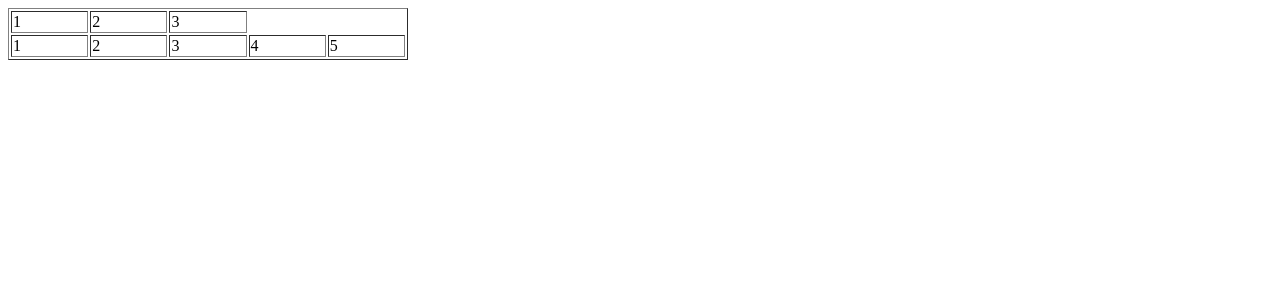
Repository: hsaar/jsworkplace
Page: http://localhost/testjsp/jsp/forTest.jsp
An editor plug-in stored every save of this project. The page is shown before and after the next save, followed by the edit.
The browser window is 1280 px wide. The pictures show the whole page.
The page is served by Tomcat 9.

Above is the page before, as saved 2025-08-25 04:06:00.

After the next save:
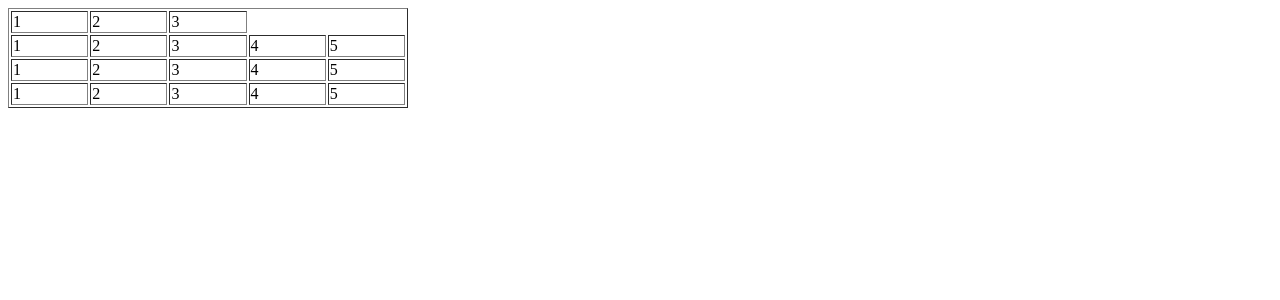
Saved 2 min 47 s later.
--- a/testjsp/src/main/webapp/jsp/forTest.jsp
+++ b/testjsp/src/main/webapp/jsp/forTest.jsp
@@ -13,6 +13,7 @@
 			<td>2</td>
 			<td>3</td>
 		</tr>
+		<%for(int j = 1; j<=3; j++){ %>
 		<tr>
 		<%
 			for(int i = 1; i<=5; i++){
@@ -22,6 +23,7 @@
 
 		%>
 		</tr>
+		<%} %>
 	</table>
 </body>
 </html>
